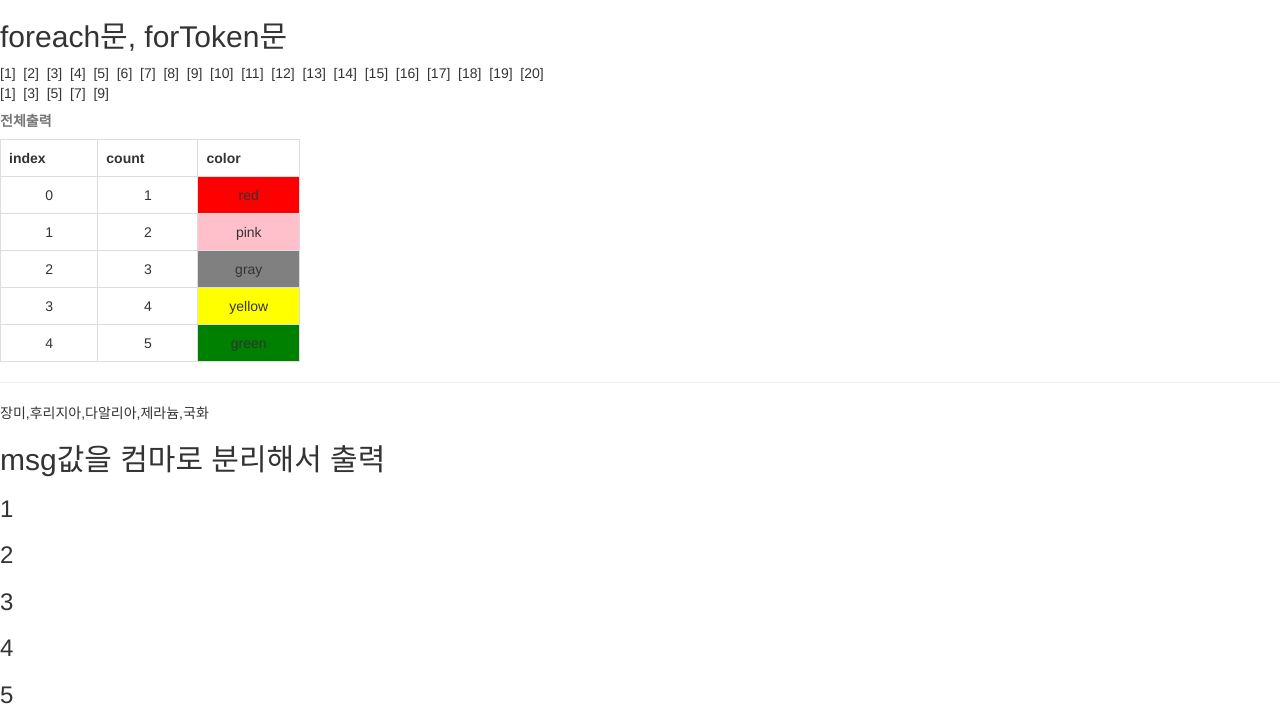
Repository: jungbee2/jungproject
Page: http://localhost/JstlProject/day0330/ex6_foreach.jsp
An editor plug-in stored every save of this project. The page is shown before and after the next save, followed by the edit.
The browser window is 1280 px wide. The pictures show the whole page.
Some web fonts or font styles are not loaded; a fallback is used. The page is served by Tomcat 9. Other server files are loaded and not shown.

Above is the page before, as saved 2023-03-30 02:49:24.

### JstlProject/src/main/webapp/day0330/ex6_foreach.jsp
<%@ page language="java" contentType="text/html; charset=utf-8"
	pageEncoding="utf-8"%>
<%@ taglib uri="http://java.sun.com/jsp/jstl/core" prefix="c"%>
<%@ taglib uri="http://java.sun.com/jsp/jstl/fmt" prefix="fmt"%>
<!DOCTYPE html>
<html>
<head>
<meta charset="utf-8">
<title>Insert title here</title>
<link
	href="https://fonts.googleapis.com/css2?family=Anton&family=Edu+VIC+WA+NT+Beginner:wght@600&family=Gamja+Flower&family=Single+Day&family=Jua&family=Nanum+Pen+Script&display=swap"
	rel="stylesheet">
<link rel="stylesheet"
	href="https://maxcdn.bootstrapcdn.com/bootstrap/3.4.1/css/bootstrap.min.css">
<script src="https://code.jquery.com/jquery-3.6.3.js"></script>
</head>
<body>
<h2>foreach문, forToken문</h2>

<c:forEach var="a" begin="1" end="20">
	[${a }]&nbsp;
</c:forEach>

<br>

<c:forEach var="a" begin="1" end="10" step="2">
	[${a }]&nbsp;
</c:forEach>

<br>

<%
String [] mycolor={"red","pink","gray","yellow","green"};
%>
<c:set var="mycolor" value="<%=mycolor %>" />
<table class="table table-bordered" style="width:300px;">
	<caption><b>전체출력</b></caption>
	<tr>
	<th>index</th>
	<th>count</th>
	<th>color</th>
	</tr>

	<c:forEach var="a" items="${mycolor }" varStatus="i">
		<tr align="center">
			<td>${i.index }</td>
			<td>${i.count }</td>
			<td bgcolor="${a }">${a }</td>
		</tr>
	</c:forEach>

</table>

<hr>
<c:set var="msg" value="장미,후리지아,다알리아,제라늄,국화"></c:set>
${msg }<br>

<h2>msg값을 컴마로 분리해서 출력</h2>
<c:forTokens var="s" items="${msg }" delims="," varStatus="i">
<h3>${i.count }</h3>
</c:forTokens>
</body>
</html>

After the next save:
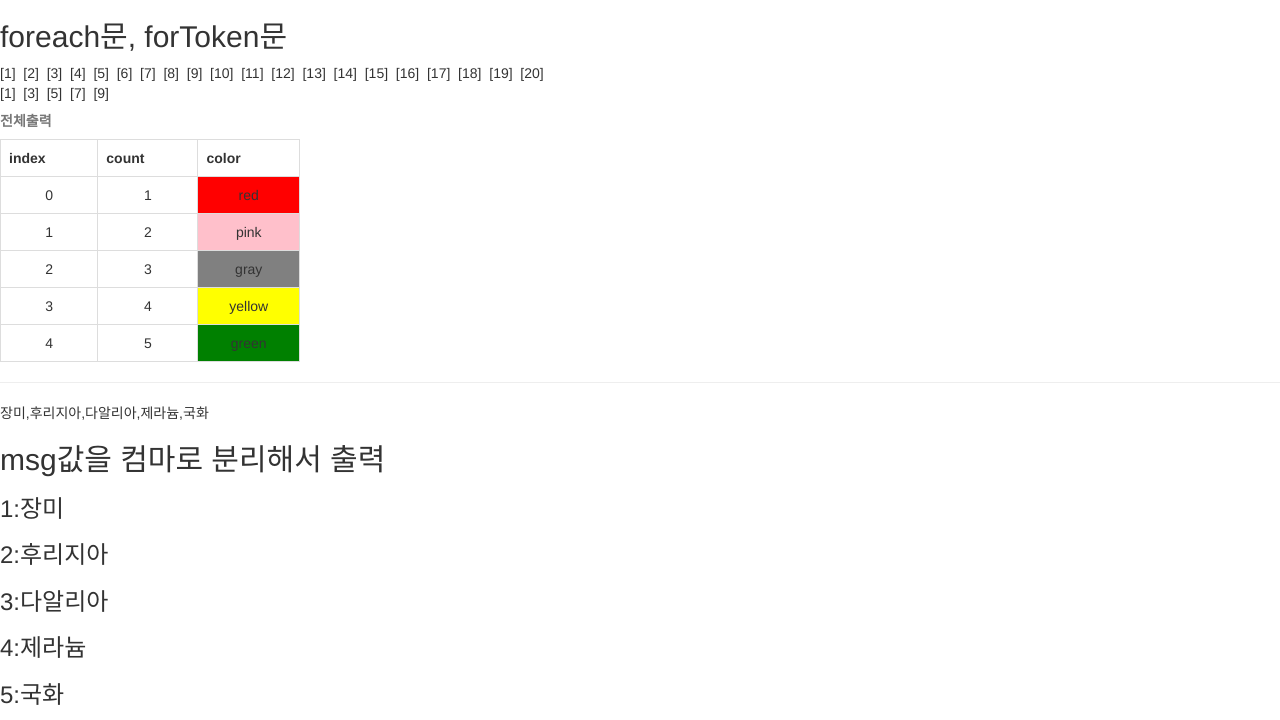
Saved 5 s later.
--- a/JstlProject/src/main/webapp/day0330/ex6_foreach.jsp
+++ b/JstlProject/src/main/webapp/day0330/ex6_foreach.jsp
@@ -57,7 +57,7 @@
 
 <h2>msg값을 컴마로 분리해서 출력</h2>
 <c:forTokens var="s" items="${msg }" delims="," varStatus="i">
-<h3>${i.count }</h3>
+<h3>${i.count }:${s }</h3>
 </c:forTokens>
 </body>
 </html>
